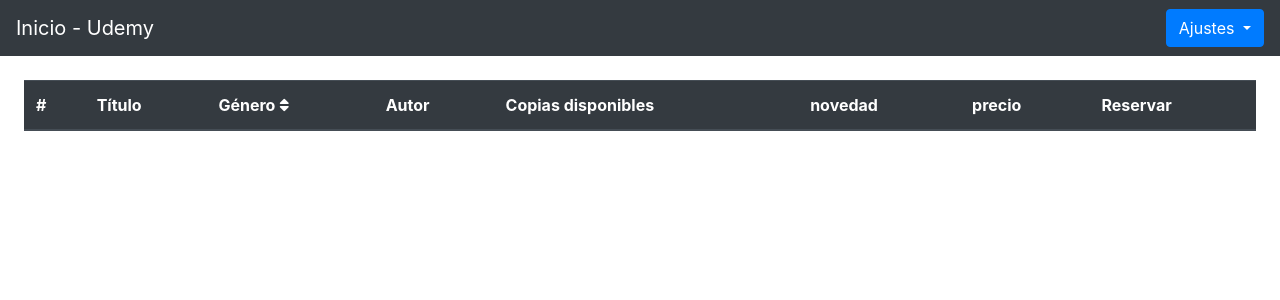
Repository: Enrique-git-hub/curso-java
Page: Workspace/LibreriaUdemy/src/main/webapp/home.html
An editor plug-in stored every save of this project. The page is shown before and after the next save, followed by the edit.
The browser window is 1280 px wide. The pictures show the whole page.
The page's requests for data from a server got no answer.

Above is the page before, as saved 2025-03-19 13:07:04.
Console error: ReferenceError: fa is not defined

### Workspace/LibreriaUdemy/src/main/webapp/home.html
<!DOCTYPE html>
<html>
<head>
<meta charset="UTF-8">
<link rel="stylesheet" href="https://cdn.jsdelivr.net/npm/bootstrap@4.6.2/dist/css/bootstrap.min.css">

<!-- jQuery library -->
<script src="https://cdn.jsdelivr.net/npm/jquery@3.7.1/dist/jquery.slim.min.js"></script>

<!-- Popper JS -->
<script src="https://cdn.jsdelivr.net/npm/popper.js@1.16.1/dist/umd/popper.min.js"></script>

<!-- Latest compiled JavaScript -->
<script src="https://cdn.jsdelivr.net/npm/bootstrap@4.6.2/dist/js/bootstrap.bundle.min.js"></script>

<script src="https://ajax.googleapis.com/ajax/libs/jquery/3.7.1/jquery.min.js"></script>
<script src="js/index.js"></script>

<link rel="stylesheet"
	href="https://cdnjs.cloudflare.com/ajax/libs/font-awesome/5.15.2/css/all.min.css"
	integrity="sha512-HK5fgLBL+xu6dm/Ii3z4xhlSUyZgTT9tuc/hSrtw6uzJOvgRr2a9jyxxT1ely+B+xFAmJKVSTbpM/CuL7qxO8w=="
	crossorigin="anonymous"/>

<link href="css/index.css" rel="stylesheet">
<title>Inicio - Udemy</title>
</head>
<body>
<nav class="navbar navbar-dark bg-dark">
		<a class="navbar-brand" href="#">Inicio - Udemy</a>
		<div id="user-data-profile">
			<span class="badge badge-light mr-3" id="user-saldo"></span>
			<div class="btn-group">
				<button type="button" class="btn btn-primary dropdown-toggle" data-toggle="dropdown" aria-haspopup="true" aria-expanded="false">
					<span id="ajustes">Ajustes</span>
				</button>
				<div class="dropdown-menu" id="main-menu">
					<a id="mi-perfil-btn" class="dropdown-item" href="profile.html">Mi perfil</a>
					<a id="salir-btn" class="dropdown-item" href="index.html">Salir</a>
				</div>
			</div>
		</div>
	</nav>
	<main class="p-4 d-flex justify-content-center">
		<table class="table">
			<thead class="thead-dark">
				<tr>
					<th scope="col">#</th>
					<th scope="col">Título</th>
					<th scope="col" id="ordenar-genero" data-toogle="tooltip" data-placement="top" title="ordenar por género">Género <span class="fas fa-sort" id="icono-ordenar"></span></th>
					<th scope="col">Autor</th>
					<th scope="col">Copias disponibles</th>
					<th scope="col">novedad</th>
					<th scope="col">precio</th>
					<th scope="col">Reservar</th>
				</tr>
			</thead>
			<tbody id="libros-tbody">
			</tbody>
		</table>
	</main>
</body>
</html>

### Workspace/LibreriaUdemy/src/main/webapp/js/index.js
/**
 *
 */

var username = new URL(location.href).searchParams.get("username")
var user

$(document).ready(function(){
	$(function (){
		$(`[data-toggle="tooltip"]`).tooltip();
	})

	getUsuario().then(function() {
		$("#user-saldo").html(user.saldo.toFixed(2)+"€")
	})

	getLibros(false,"ASC")

	$("ordenar-genero").click(ordenarLibros())

	$("#form-login").submit(function(event){
		event.preventDefault();
		autenticarUsuario();
	})

	$("#form-register").submit(function(event){
		event.preventDefault();
		registrarUsuario();
	})
})

function ordenarLibros(){
	if ($("#icono-ordenar").hasClass(fa-sort)) {
		getLibros(true,"ASC")
		$("#icono-ordenar").removeClass(fa-sort)
		$("#icono-ordenar").addClass(fa-sort-down)
	}else if ($("#icono-ordenar").hasClass(fa-sort-down)) {
		getLibros(true,"DESC")
		$("#icono-ordenar").removeClass(fa-sort-down)
		$("#icono-ordenar").addClass(fa-sort-up)
	}else if ($("#icono-ordenar").hasClass(fa-sort-up)) {
		getLibros(false,"ASC")
		$("#icono-ordenar").removeClass(fa-sort-up)
		$("#icono-ordenar").addClass(fa-sort)
}
}

async function getUsuario(){
	await $.ajax({
				type:"GET",
				dataType: "html",
				url: "./ServletUsuarioPedir",
				data: $.param({
					username: username
				}),
				success: function(result){
					let parseResult = JSON.parse(result);

					if (parseResult != false){
						user = parseResult
					 }
					else
					{
						console.log("Error al recuperar los datos del usuario")
					}
				}
			})
}

function getLibros(ordenar,orden){
	$.ajax({
			type:"GET",
			dataType: "html",
			url: "./ServletLibroListar",
			data: $.param({
				ordenar: ordenar,
				orden: orden
			}),
			success: function(result){
				let parseResult = JSON.parse(result);

				if (parseResult != false){
					mostrarLibros(parseResult)
				 }
				else
				{
					console.log("Error al recuperar los datos de los libros")
				}
			}
		})
}

function mostrarLibros(libros){
	let contenido = "";

	$.each(libros, function(index, libro) {

		libro = JSON.parse(libro)
		let precio = 0

		if (libro.copias > 0) {

			if (user.premium){

				if (libro.novedad){
					precio = (2 - (2 * 0.1))
				}
				else{
					precio = (1 -(1 * 0.1))
				}
			}
			else{
				if (libro.novedad){
					precio = 2
				}
				else{
					precio = 1
				}
			}
		}

		contenido += '<tr><th scope="row">' + libro.id + '</th>' +
		'<td>' + libro.titulo + '</td>' +
		'<td>' + libro.genero + '</td>' +
		'<td>' + libro.autor + '</td>' +
		'<td>' + libro.copias + '</td>' +
		'<td><input type="checkbox" name="novedad" id="novedad>' + libro.id + '" disabled '

		if (libro.novedad) {
			contenido += 'checked'
		}
		contenido += '></td>' +
		'<td>' + precio + '</td>' +
		'<td><button onclick="alquilarLibro(' + libro.id + ',' + precio + ');" class="btn btn success"';
		if (user.saldo < precio){
			contenido += '"disabled"';
		}

		contenido += '>Reservar</button></td></tr>';

	})

	$("#libros-tbody").html(contenido);
}

function autenticarUsuario(){
	let username = $("#usuario").val();
	let contrasena = $("#contrasena").val();
	console.log(username, ' ', contrasena)

	$.ajax({
			type:"GET",
			dataType: "html",
			url: "./ServletUsuarioLogin",
			data: $.param({
				username: username,
				contrasena: contrasena
			}),
			success: function(result){
				let parseResult = JSON.parse(result);

				if (parseResult != false){
					$("#login-error").addClass("d-none");
					let username = parseResult['username'];
					document.location.href = "home.html?username=" + username;
 				}
				else
				{
					$("#login-error").removeClass("d-none");
				}
			}
		})
}

function registrarUsuario(){
	let username = $("#input-username").val();
	let contrasena = $("#input-contrasena").val();
	let contrasenaConfirm = $("#input-contrasena-repeat").val();
	let nombre = $("#input-nombre").val();
	let apellidos = $("#input-apellidos").val();
	let email = $("#input-email").val();
	let saldo = $("#input-saldo").val();
	let premium = $("#input-premium").prop("checked");

	if (contrasena == contrasenaConfirm) {

		$.ajax({
					type:"GET",
					dataType: "html",
					url: "./ServletUsuarioRegister",
					data: $.param({
						username: username,
						contrasena: contrasena,
						nombre: nombre,
						apellidos: apellidos,
						email: email,
						saldo: saldo,
						premium: premium
					}),
					success: function(result){
						let parseResult = JSON.parse(result);

						if (parseResult != false){
							$("#register-error").addClass("d-none");
							let username = parseResult['username'];
							document.location.href = "home.html?username=" + username;
							}
							else
							{
								$("#register-error").removeClass("d-none");
								$("#register-error").html("Error en el registro de usuario");
							}

					}
				})

	}else{
		$("#register-error").removeClass("d-none");
		$("#register-error").html("Las contraseñas no coinciden");
	}
}

### Workspace/LibreriaUdemy/src/main/webapp/css/index.css
@charset "UTF-8";

.bg-login-image{
	background: url("../img/biblioteca.jpg");
	background-position: center;
	background-size: cover;
	border: 0px
}

.sizeDiv{
	width: 40vw
}

.dropdown-menu{
	left:unset;
	right: 0;
}

#ordenar-genero{
	cursor: pointer
}

After the next save:
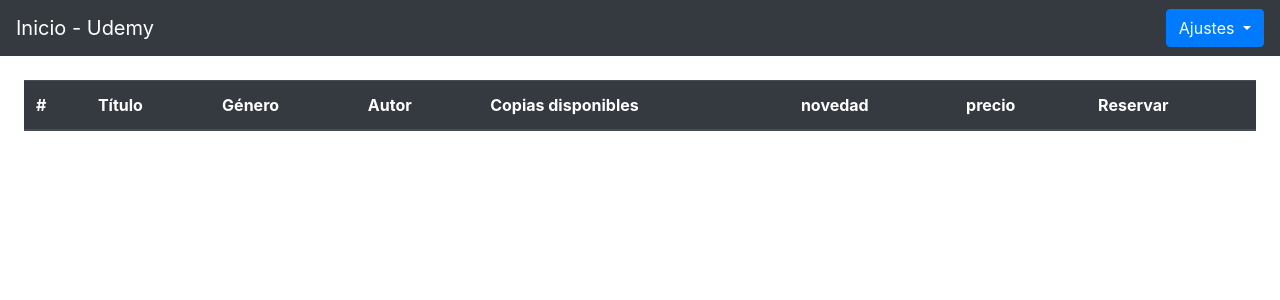
Saved 3 min 45 s later.
--- a/Workspace/LibreriaUdemy/src/main/webapp/home.html
+++ b/Workspace/LibreriaUdemy/src/main/webapp/home.html
@@ -46,7 +46,7 @@
 				<tr>
 					<th scope="col">#</th>
 					<th scope="col">Título</th>
-					<th scope="col" id="ordenar-genero" data-toogle="tooltip" data-placement="top" title="ordenar por género">Género <span class="fas fa-sort" id="icono-ordenar"></span></th>
+					<th scope="col" id="ordenar-genero" data-toogle="tooltip" data-placement="top" title="ordenar por género">Género</th>
 					<th scope="col">Autor</th>
 					<th scope="col">Copias disponibles</th>
 					<th scope="col">novedad</th>

After the save that followed:
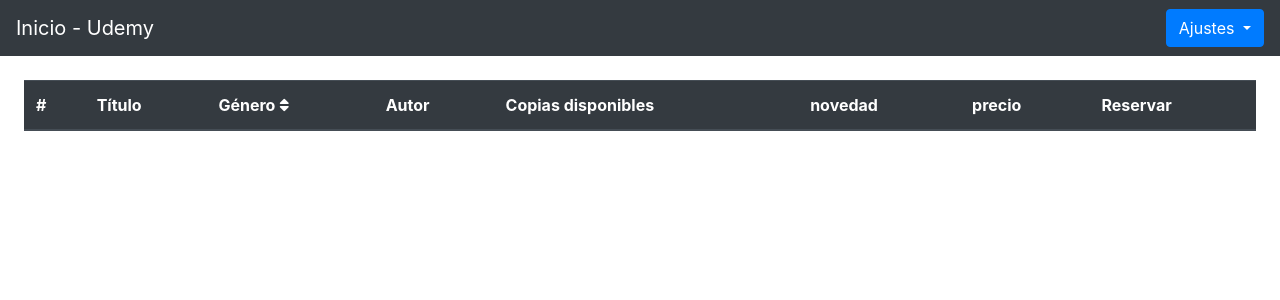
Saved 9 s later.
--- a/Workspace/LibreriaUdemy/src/main/webapp/home.html
+++ b/Workspace/LibreriaUdemy/src/main/webapp/home.html
@@ -46,7 +46,7 @@
 				<tr>
 					<th scope="col">#</th>
 					<th scope="col">Título</th>
-					<th scope="col" id="ordenar-genero" data-toogle="tooltip" data-placement="top" title="ordenar por género">Género</th>
+					<th scope="col" id="ordenar-genero" data-toogle="tooltip" data-placement="top" title="ordenar por género">Género <span class="fas fa-sort" id="icono-ordenar"></span></th>
 					<th scope="col">Autor</th>
 					<th scope="col">Copias disponibles</th>
 					<th scope="col">novedad</th>
